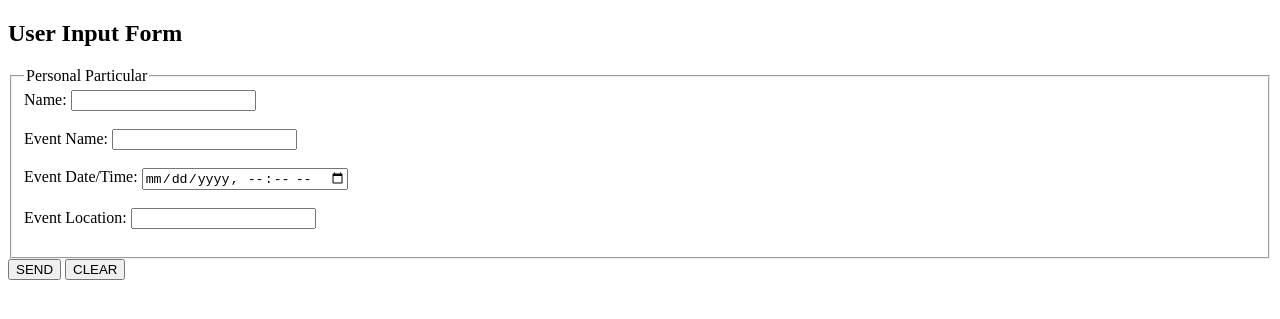
Repository: mitchellhuston/swe-techexercises
Page: mhuston-swe00/WebContent/CreateEvent.html
An editor plug-in stored every save of this project. The page is shown before and after the next save, followed by the edit.
The browser window is 1280 px wide. The pictures show the whole page.

Above is the page before, as saved 2017-09-13 13:16:28.

### mhuston-swe00/WebContent/CreateEvent.html
<!DOCTYPE html>
<html>
<head>
  <meta http-equiv='Content-Type' content='text/html; charset=UTF-8'>
  <title>User Input Form</title>
</head>

<body>
<h2>User Input Form</h2>
<form method="get" action="echo">
  <fieldset>
    <legend>Personal Particular</legend>
    Name: <input type="text" name="username" /><br /><br />
    Event Name: <input type="text" name="eventName" /><br /><br />
    Event Date/Time: <input type="datetime-local" name="date" /><br /><br />
    Event Location: <input type="text" name="eventLocation" /><br /><br />
  </fieldset>

  <input type="submit" value="SEND" />
  <input type="reset" value="CLEAR" />
</form>
</body>
</html>

After the next save:
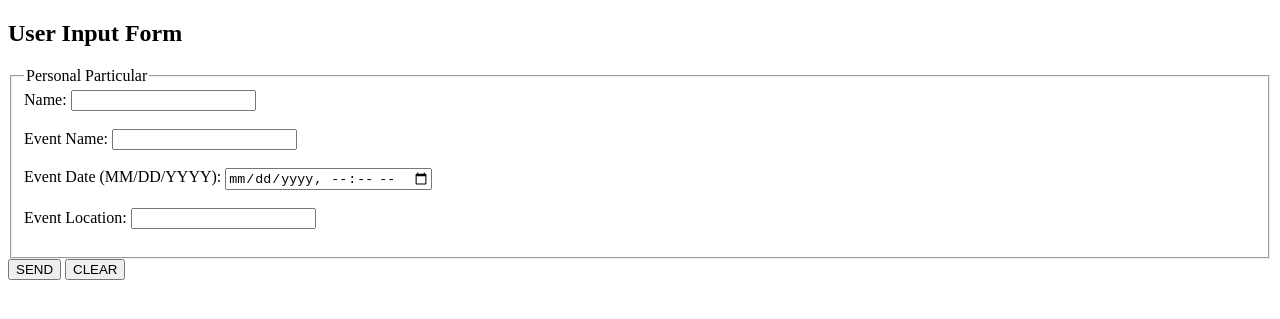
Saved 24 s later.
--- a/mhuston-swe00/WebContent/CreateEvent.html
+++ b/mhuston-swe00/WebContent/CreateEvent.html
@@ -12,7 +12,7 @@
     <legend>Personal Particular</legend>
     Name: <input type="text" name="username" /><br /><br />
     Event Name: <input type="text" name="eventName" /><br /><br />
-    Event Date/Time: <input type="datetime-local" name="date" /><br /><br />
+    Event Date (MM/DD/YYYY): <input type="datetime-local" name="date" /><br /><br />
     Event Location: <input type="text" name="eventLocation" /><br /><br />
   </fieldset>
 
